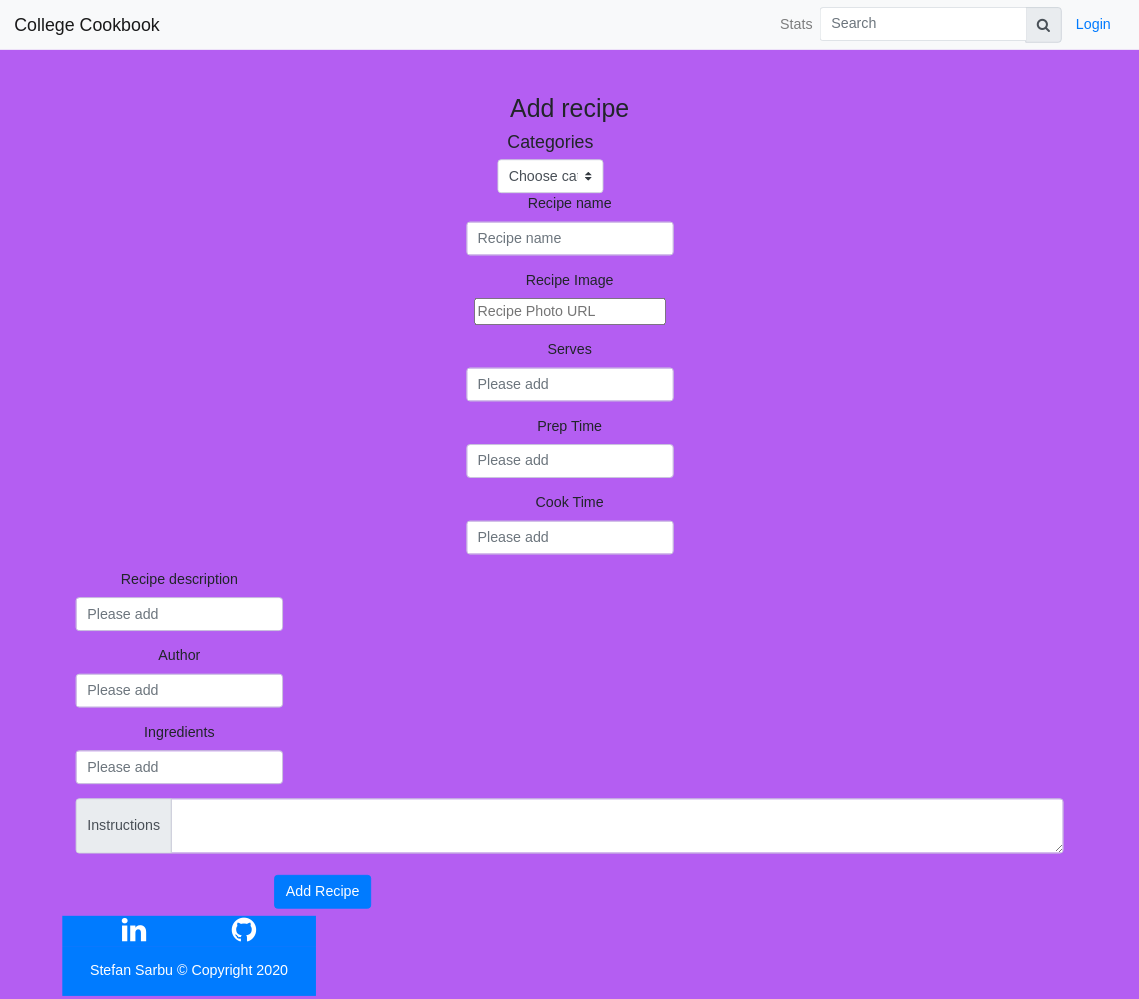
Repository: iiostefanos/college-cookbook
Page: templates/add_recipe.html
The author's editor kept a record of every edit. The page is drawn from the files as they stood at one moment, then again after the next edit.
The browser window is 1280 px wide. The pictures show the whole page, at 89% of full size.
The page is served by the project's application, run on Flask 3 (app.py). The template is opened directly, without the code that normally fills it, so the values that code supplies are empty.

Above is the page before.

### templates/add_recipe.html
{% extends 'base.html' %} {% block content %}
<main class="container">
    <h3 class="text-center">Add recipe</h3>

    <div class="row">
        <form action="{{ url_for('insert_recipe') }}" method="POST" class="col-md-12">

            <!--Category selection-->
            <div class="row justify-content-md-center">
                <div class="form-row text-center">
                    <div class="col-md-9">

                        <h5 class="text-center">Categories</h5>
                        <select id="category" name="category_name" class="custom-select">
                            <option value="" disable selected>Choose category</option>
                            {% for cat in categories %}
                            <option value="{{cat.category_name}}">{{cat.category_name}}</option>
                            {% endfor %}
                        </select>
                    </div>
                </div>
            </div>


            <!--Recipe name field-->
            <div class="container-fluid text-center">
                <div class="row justify-content-md-center">
                    <div class="form-group">
                        <label for="formGroupExampleInput">Recipe name</label>
                        <input type="text" class="form-control" id="recipe_name" name="recipe_name" placeholder="Recipe name">
                    </div>
                </div>
            </div>

            <!--Image field-->
            <div class="container-fluid text-center mx-auto">
                <div class="row justify-content-md-center">
                    <div class="form-group">
                        <label for="formGroupExampleInput">Recipe Image</label>
                        <div class="imgurl">
                            <input id="img_src" name="recipe_image" type="text" minlength="15" placeholder="Recipe Photo URL" pattern="https?://.+" autocomplete="off">
                        </div>
                    </div>
                </div>
            </div>

            <!-- Serves, Prep time and cook time fields-->
            <div class="container-fluid text-center mx-auto">
                <div class="row justify-content-md-center">
                    <div class="form-group">
                        <label for="formGroupExampleInput2">Serves</label>
                        <input type="text" class="form-control" id="Serves" name="Serves" placeholder="Please add">
                    </div>
                </div>
            </div>

            <div class="container-fluid text-center mx-auto">
                <div class="row justify-content-md-center">
                    <div class="form-group">
                        <label for="formGroupExampleInput2">Prep Time</label>
                        <input type="text" class="form-control" id="Prep_Time" name="Prep_Time" placeholder="Please add">
                    </div>
                </div>
            </div>

            <div class="container-fluid text-center mx-auto">
                <div class="row justify-content-md-center">
                    <div class="form-group">
                        <label for="formGroupExampleInput2">Cook Time</label>
                        <input type="text" class="form-control" id="Cook_Time" name="Cook_Time" placeholder="Please add">
                    </div>
                </div>
            </div>

            <!--Recipe description-->
            <div class="container-fluid text-center mx-auto">
                <div class="row">
                    <div class="form-group">
                        <label for="formGroupExampleInput2">Recipe description</label>
                        <input type="text" class="form-control" id="recipe_description" name="recipe_description" placeholder="Please add">
                    </div>
                </div>
            </div>

            <!--Author field-->
            <div class="container-fluid text-center mx-auto">
                <div class="row">
                    <div class="form-group">
                        <label for="formGroupExampleInput2">Author</label>
                        <input type="text" class="form-control" id="Author" name="Author" placeholder="Please add">
                    </div>
                </div>
            </div>

            <!--Ingredients container-->
            <div class="container-fluid text-center mx-auto">
                <div class="row">
                    <div class="form-group">
                        <label for="formGroupExampleInput2">Ingredients</label>
                        <input type="text" class="form-control" id="Ingredients" name="Ingredients" placeholder="Please add">
                    </div>
                </div>
            </div>

            <!--Instructions container-->
            <div class="container-fluid text-center mx-auto">
                <div class="row">
                    <div class="input-group">
                        <div class="input-group-prepend">
                            <span class="input-group-text">Instructions</span>
                        </div>
                        <textarea class="form-control" aria-label="Instructions" name="Instructions"></textarea>
                    </div>
                </div>
            </div>

            <br>
            <!--Submit button-->
            <div class="container-fluid text-center mx-auto">
                <div class="row">
                    <div class="col-md-6">
                        <button type="submit" class="btn btn-primary">Add Recipe</button>
                    </div>
                </div>
            </div>
        </form>
        <br>










        {% endblock %}

### templates/base.html
<!DOCTYPE html>
<html>
    <head>

        <!-- Bootstrap CSS -->
        <link rel="stylesheet" href="https://stackpath.bootstrapcdn.com/bootstrap/4.4.1/css/bootstrap.min.css" integrity="sha384-Vkoo8x4CGsO3+Hhxv8T/Q5PaXtkKtu6ug5TOeNV6gBiFeWPGFN9MuhOf23Q9Ifjh" crossorigin="anonymous">

        <!-- Custom CSS -->
        <link rel="stylesheet" href="{{url_for('static', filename='css/style.css')}}" type="text/css"/>
        <!-- Font awesome -->
        <link href="https://stackpath.bootstrapcdn.com/font-awesome/4.7.0/css/font-awesome.min.css" rel="stylesheet" integrity="sha384-wvfXpqpZZVQGK6TAh5PVlGOfQNHSoD2xbE+QkPxCAFlNEevoEH3Sl0sibVcOQVnN" crossorigin="anonymous">
        <link rel="shortcut icon" type="image/png" href="{{url_for('static', filename='img/favicon.png')}}" />
    </head>
    <body>

        <header>
            <nav class="navbar navbar-expand-lg navbar-light bg-light">
  <a class="navbar-brand" href="{{url_for('get_recipes')}}">College Cookbook</a>
  <button class="navbar-toggler" type="button" data-toggle="collapse" data-target="#navbarNavAltMarkup" aria-controls="navbarNavAltMarkup" aria-expanded="false" aria-label="Toggle navigation">
    <span class="navbar-toggler-icon"></span>
  </button>
  <div class="collapse navbar-collapse" id="navbarNavAltMarkup">
    <div class="navbar-nav ml-auto">

      <a class="nav-item nav-link" href="{{url_for('stats')}}">Stats</a>
      <div class="input-group">
      <input class="form-control py-2 border-right-0 border" type="search" placeholder="Search">
      <div class="input-group-append">
          <div class="input-group-text" id="btnGroupAddon2"><i class="fa fa-search"></i></div>
      </div>
  </div>
  </div>

      {% if user is defined %}
      {% block navbar %}

{% endblock %}

        <ul class="navbar-nav navbar-center">
               <a class="nav-link" href="{{ url_for('add_recipe') }}">Add a Recipe</a>
               <a class="nav-link" href="{{ url_for('logout') }}">Log Out</a>



        {% else %}

      <a class="nav-item nav-link" data-toggle="modal" data-target="#login" href="{{url_for('get_recipes')}}">Login</a>
      {% endif %}
      </ul>
    </div>
  </div>
</nav>

<br>
</header>



        {% block content %}
        {% endblock %}





<!-- Login Modal -->
<div class="modal fade" id="login" tabindex="-1" role="dialog" aria-labelledby="ModalLabel" aria-hidden="true">
  <div class="modal-dialog" role="document">
    <div class="modal-content">
      <div class="modal-header">
        <h5 class="modal-title" id="ModalLabel">Login to your account</h5>
        <button type="button" class="close" data-dismiss="modal" aria-label="Close">
          <span aria-hidden="true">&times;</span>
        </button>
      </div>
      <div class="modal-body">
        <form role="form" method=POST action="{{ url_for('login') }}">
                      <div class="form-group">
                        <label for="user"><i class="fa fa-user" aria-hidden="true"></i>
Username</label>
                          <input type="user" class="form-control" placeholder="Username" name="username" required value="{{
          request.form.username }}">
                      </div>
                      <div class="form-group">
                        <label for="password"><i class="fa fa-pencil-square-o" aria-hidden="true"></i>
Password</label>
                          <input type="password" class="form-control" placeholder="Password" name="password" required>
                      </div>

                  <br>
            <div>
                Don't have an account? <a data-toggle="modal" data-target="#register" data-dismiss="modal" href=''>Sign up here</a>
            </div>
      </div>
      <div class="modal-footer">
        <button type="button" class="btn btn-secondary" data-dismiss="modal">Close</button>
        <button type="submit" class="btn btn-primary"><i class="fa fa-sign-in" aria-hidden="true"></i>
Login </button>
      </form>
      </div>
    </div>
  </div>
</div>

          <!-- Signup Modal -->
<div class="modal fade" id="register" tabindex="-1" role="dialog" aria-labelledby="ModalLabel" aria-hidden="true">
  <div class="modal-dialog" role="document">
    <div class="modal-content">
      <div class="modal-header">
        <h5 class="modal-title" id="ModalLabel">Signup</h5>
        <button type="button" class="close" data-dismiss="modal" aria-label="Close">
          <span aria-hidden="true">&times;</span>
        </button>
      </div>
      <div class="modal-body">
         <form role="form" method=POST action="{{ url_for('register') }}">
                      <div class="form-group">
                        <label for="user"><i class="fa fa-user" aria-hidden="true"></i>
Username</label>
                          <input type="user" class="form-control" placeholder="Username" name="username" required>
                      </div>
                      <div class="form-group">
                        <label for="password"><i class="fa fa-pencil-square-o" aria-hidden="true"></i>
 Password</label>
                          <input type="password" class="form-control" placeholder="Password" name="password" required>
                      </div>
                      <div class="form-group">
                        <label for="password"><i class="fa fa-pencil-square-o" aria-hidden="true"></i>
Re-type Password</label>
                          <input type="password" class="form-control" placeholder="Re-type Password" name="password1" required>
                      </div>

      </div>
      <div class="modal-footer">
        <button type="button" class="btn btn-secondary" data-dismiss="modal">Close</button>
        <button type="submit" class="btn btn-primary"><i class="fa fa-user-plus" aria-hidden="true"></i>

Signup </button>
       </form>
      </div>
    </div>
  </div>
</div>


<!-- Footer -->
<footer >
<div class="container-fluid">
        <div class="row bg-primary mt-2">
          <div class="col-md-12">
            <div class="d-flex justify-content-center align-items-center">

              <!--Linkedin -->
          <a target="_blank" href="https://www.linkedin.com/">
            <span class="p-5 text-white"><i class="fa fa-linkedin fa-2x" aria-hidden="true"></i></a>
          </span>


          <!--Github-->
          <a target="_blank" href="https://www.github.com/">
            <span class="p-5 text-white"><i class="fa fa-github fa-2x"> </i>
          </a>
          </span>
            </div>
          </div>
        </div>
      </div>


    <div class="container-fluid">
        <div class="row bg-primary">
          <div class="col-md-12">
            <div class="d-flex justify-content-center align-items-center">

              <span class="p-3 text-white"
                >Stefan Sarbu &copy; Copyright 2020</span
              >
            </div>
          </div>
        </div>
      </div>
</footer>
<!-- Footer -->



        <script src="https://code.jquery.com/jquery-3.4.1.slim.min.js" integrity="sha384-J6qa4849blE2+poT4WnyKhv5vZF5SrPo0iEjwBvKU7imGFAV0wwj1yYfoRSJoZ+n" crossorigin="anonymous"></script>
        <script src="https://cdn.jsdelivr.net/npm/popper.js@1.16.0/dist/umd/popper.min.js" integrity="sha384-Q6E9RHvbIyZFJoft+2mJbHaEWldlvI9IOYy5n3zV9zzTtmI3UksdQRVvoxMfooAo" crossorigin="anonymous"></script>
        <script src="https://stackpath.bootstrapcdn.com/bootstrap/4.4.1/js/bootstrap.min.js" integrity="sha384-wfSDF2E50Y2D1uUdj0O3uMBJnjuUD4Ih7YwaYd1iqfktj0Uod8GCExl3Og8ifwB6" crossorigin="anonymous"></script>
        <script src="../static/js/script.js"type="text/javascript"></script>







    </body>
</html>

### app.py
import os
from flask import Flask, render_template, redirect, request, url_for, session, flash
from flask_pymongo import PyMongo
from werkzeug.security import generate_password_hash, check_password_hash
from bson.objectid import ObjectId
from os import path

if path.exists("env.py"):
    import env

app = Flask(__name__)

app.config["MONGO_DBNAME"] = 'college_cookbook'
app.config["MONGO_URI"] = os.environ["MONGO_URI"]
app.config['SECRET_KEY'] = os.urandom(24)
mongo = PyMongo(app)

# Collections

users_collection = mongo.db.users
recipes_collection = mongo.db.recipes

# Login
@app.route('/login', methods=['GET', 'POST'])
def login():
	form = request.form.to_dict()
	user_in_db = users_collection.find_one({'username': form['username']})
	# Check for user in database
	if user_in_db:
		# If passwords match (hashed / real password)
		if check_password_hash(user_in_db['password'], form['password']):
			# Log user in (add to session)
			session['user'] = form['username']
			# If the user is admin redirect him to admin area
			if session['user'] == "user":
				return redirect(url_for('get_recipes'))
			else:
				flash("Logged in successful!")
				return redirect(url_for('get_recipes', user=user_in_db['username']))

		else:
			flash("Wrong password or username!")
			flash("Try login again")
			return redirect(url_for('get_recipes'))
	else:
		flash("You need to signup !")
		return redirect(url_for('get_recipes'))



# Sign up
@app.route('/register', methods=['GET', 'POST'])
def register():
	# Check if user is not logged in already
	if 'user' in session:
		flash('Already sign in!')
		return redirect(url_for('get_recipes'))
	if request.method == 'POST':
		form = request.form.to_dict()
		# Check if the password and password1 actually match
		if form['password'] == form['password1']:
			# If so try to find the user in db
			user = users_collection.find_one({"username" : form['username']})
			print(form)
			if user:
				flash(f"{form['username']} already exists!")
				return redirect(url_for('get_recipes'))
			# If user does not exist register new user
			else:
				# Hash password
				hash_pass = generate_password_hash(form['password'])
				#Create new user with hashed password
				users_collection.insert_one(
					{
						'username': form['username'],
						'password': hash_pass
					}
				)
				# Check if user is actually saved
				user_in_db = users_collection.find_one({"username": form['username']})
				if user_in_db:
					# Log user in (add to session)
					session['user'] = user_in_db['username']
					return redirect(url_for('get_recipes', user=user_in_db['username']))
				else:
					flash("There was a problem saving your profile")
					return redirect(url_for('get_recipes'))

		else:
			flash("Passwords don't match!")
			return redirect(url_for('get_recipes'))

	return render_template("recipes")

# Log out
@app.route('/logout')
def logout():
	# Clear the session
	session.clear()
	flash('You were logged out!')
	return redirect(url_for('get_recipes'))

@app.route('/')
@app.route('/get_recipes')
def get_recipes():
    if 'user' in session:
      return render_template("recipes.html", recipes=mongo.db.recipes.find(), user = session['user'])
    else:
      return render_template("recipes.html", recipes=mongo.db.recipes.find())



@app.route('/stats')
def stats():
    return render_template("stats.html",
    recipes=mongo.db.recipes.find())


@app.route('/add_recipe')
def add_recipe():
    if 'user' in session:
        categories=mongo.db.categories.find()
        flash('Recipe added')
        return render_template('add_recipe.html', categories = categories)
    else:
        return render_template("recipes.html", recipes=mongo.db.recipes.find())

@app.route ('/insert_recipe', methods=['POST'])
def insert_recipe():
    recipes=mongo.db.recipes
    recipes.insert_one(request.form.to_dict())
    return redirect(url_for('get_recipes'))

@app.route('/edit_recipe/<recipe_id>', methods=['POST'])
def edit_recipe(recipe_id):
    if 'user' in session:
        the_recipe = mongo.db.recipes.find_one({"_id": ObjectId(recipe_id)})
        all_categories = mongo.db.categories.find()
        return render_template('edit_recipe.html', recipe=the_recipe, categories=all_categories)
    else:
        return render_template("recipes.html", recipes=mongo.db.recipes.find())

@app.route('/update_recipe/<recipe_id>', methods=['POST'])
def update_recipe(recipe_id):
    recipes=mongo.db.recipes
    recipes.update_one({'_id': ObjectId(recipe_id)},
    { "$set":
       {
        "category_name":request.form.get('category_name'),
        "recipe_name":request.form.get('recipe_name'),
        "recipe_image":request.form.get('recipe_image'),
        "Serves":request.form.get('Serves'),
        "Prep_Time":request.form.get('Prep_Time'),
        "Cook_Time":request.form.get('Cook_Time'),
        "recipe_description":request.form.get('recipe_description'),
        "Author":request.form.get('Author'),
        "Ingredients":request.form.get('Ingredients'),
        "Instructions":request.form.get('Instructions')
        }
     }
    )
    return redirect(url_for('get_recipes'))



@app.route('/delete_recipe/<recipe_id>', methods=['POST'])
def delete_recipe(recipe_id):
    if 'user' in session:
        mongo.db.recipes.remove({'_id': ObjectId(recipe_id)})
        flash('Recipe deleted')
    return redirect(url_for('get_recipes'))

@app.route('/how_to/<recipe_id>')
def how_to(recipe_id):

        the_recipe = mongo.db.recipes.find_one({"_id": ObjectId(recipe_id)})
        all_categories = mongo.db.categories.find()
        return render_template('how_to.html', recipe=the_recipe, categories=all_categories)


if __name__ == '__main__':
    app.run(host=os.environ.get('IP'),
            port=int(os.environ.get('PORT')),
            debug=True)

### static/css/style.css
body {
    background-color: #b45ef2;
    background-repeat: repeat-x;
    font-family: Arial, Helvetica, sans-serif;

    }

.btn-small
{
    height: 24px;
    width: 60px;
    line-height: 24px;
    margin: 5px 5px;
    padding: 0 0.5em;
}

.recipe-header {
    margin-top: 5px;
}

.signup {
  text-align:center;
  margin-top: 4px;
}

.videoframe {
  width:560px;
  height:315px;
  padding-right: 34px;
}

.card {
  padding-right: 3px;
  margin: 0 5px;
}

.card-img-top {
height: 300px;
width: 350px;
}

.invite{
  padding-top: 24px;
}

.charts img {


    width:  400px;
    height: 300px;
    background-size: cover;
}


.container {
  margin-top: 2%;
  padding-bottom: 4px;
}
.inner {
  overflow: hidden;
}

.inner img{
  transition: all 1.5s ease;
}

.inner:hover img {
  transform: scale(1.5);
}

.navbar-nav.navbar-center {
    position: absolute;
    left: 50%;
    transform: translatex(-50%);
}

.user-greeting {
  margin-top: 94px;
}

### static/js/script.js


window.setTimeout(function() {
    $(".alert").fadeTo(500, 0).slideUp(500, function(){
        $(this).remove();
    });
}, 2000);

After the next edit:
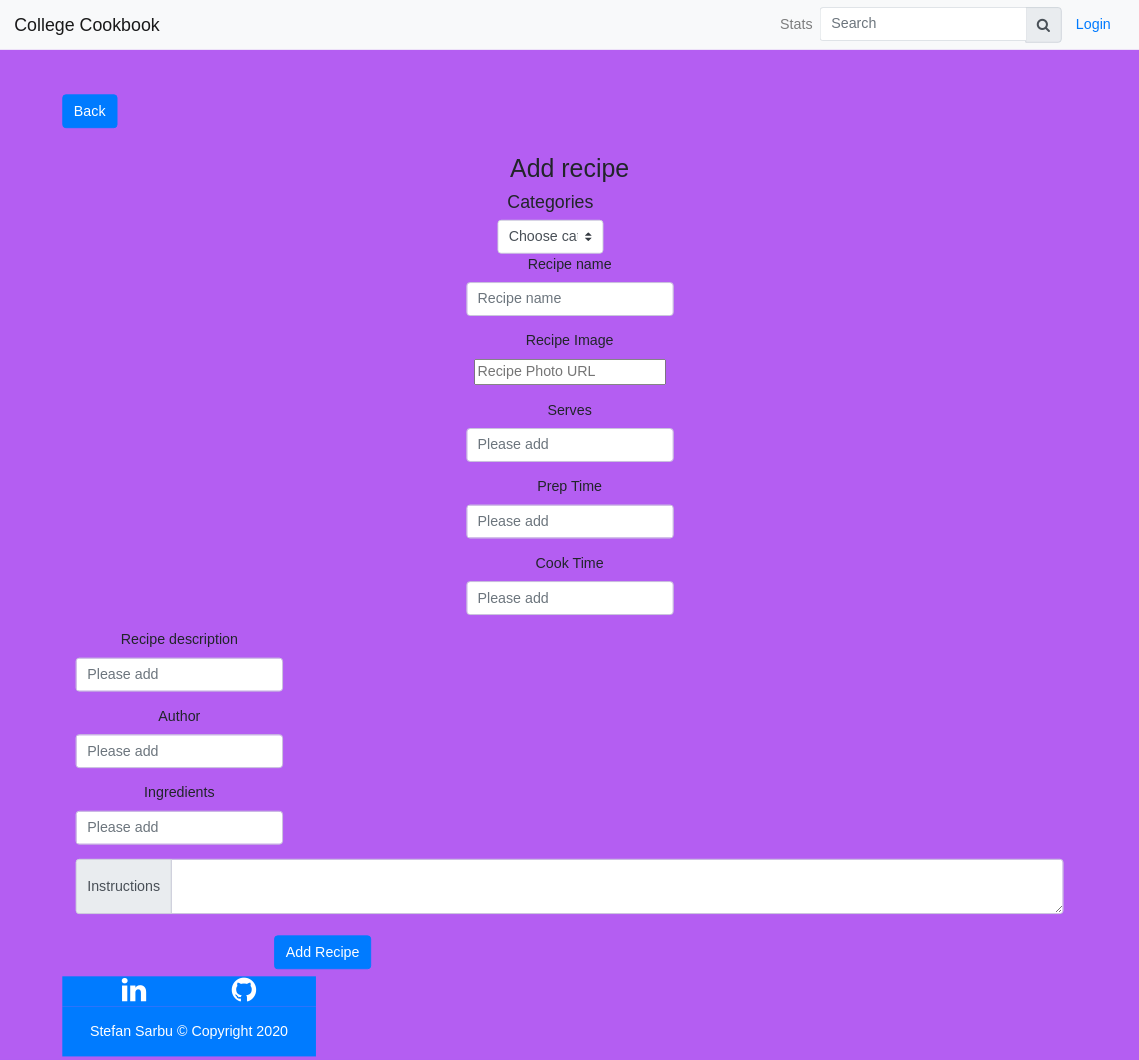
The edit:
--- a/templates/add_recipe.html
+++ b/templates/add_recipe.html
@@ -1,4 +1,13 @@
 {% extends 'base.html' %} {% block content %}
+
+<div class="container h-100">
+ <div class="row d-flex h-100">
+    <div class="align-self-start mr-auto">
+ <a class="btn btn-primary" href="{{url_for('get_recipes')}}">Back</a>
+    </div>
+  </div>
+</div>
+
 <main class="container">
     <h3 class="text-center">Add recipe</h3>
 
